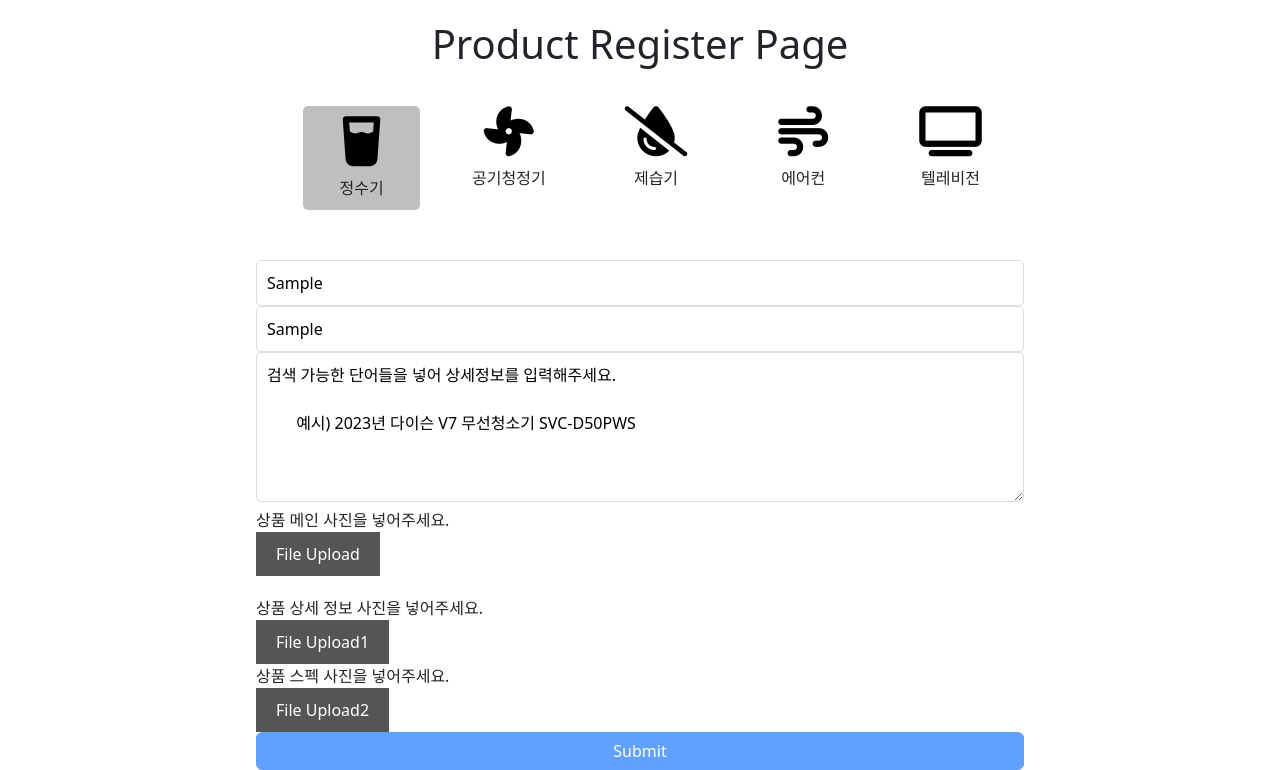
Repository: bbqju13/52si
Page: http://localhost/spring/WEB-INF/views/product/register.jsp
These files come from the project's save history. The page is drawn as it stood at one moment and after the next save; the edit follows.
The browser window is 1280 px wide. The pictures show the whole page.
Empty fields were first filled with sample values (such as "Sample", 5 or name@example.com).
After loading, the first visible `li.product` was clicked once.
Some web libraries are served in a nearby version. The page is served by Tomcat 9. Nobody is signed in. The template is opened directly, without the code that normally fills it, so the values that code supplies are empty.

Above is the page before, as saved 2023-07-28 04:17:50.

After the next save:
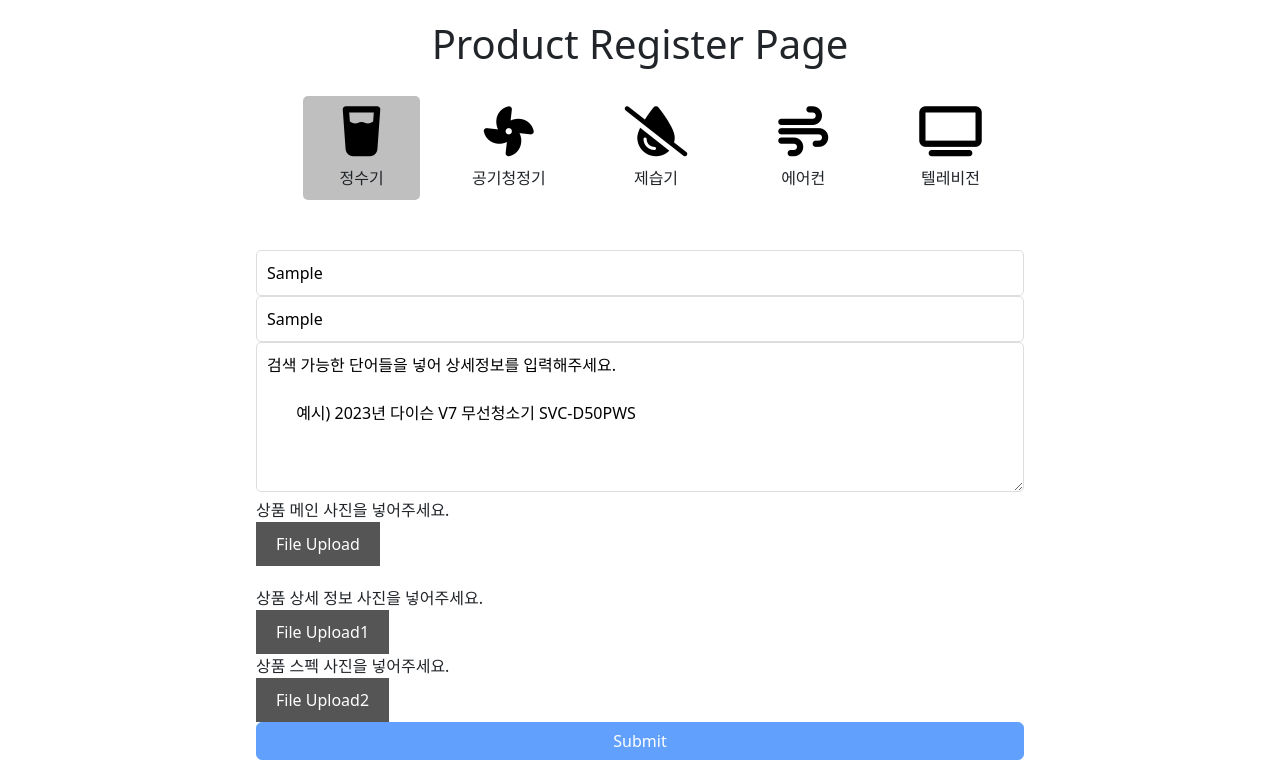
Saved 80 s later.
--- a/spring/src/main/webapp/resources/css/product/register.css
+++ b/spring/src/main/webapp/resources/css/product/register.css
@@ -50,6 +50,7 @@ ul {
 .product-clicked {
     background-color: rgba(128, 128, 128, 0.5);
    	padding: 10px;
+   	margin-top: -10px;
     border-radius: 5px;
     animation: pop 0.6s;
 }
